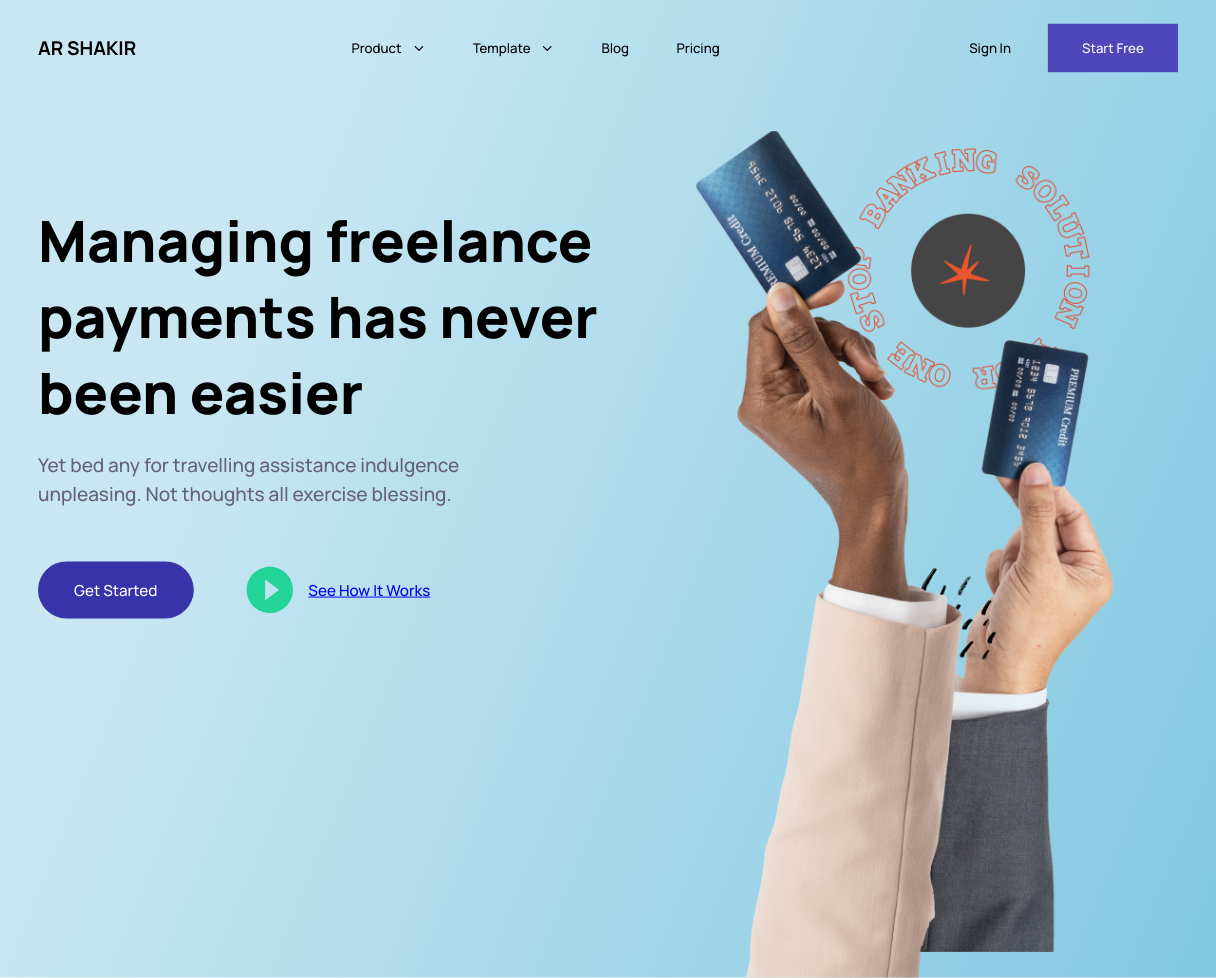
Repository: duongdori/ARShakir
Page: index.html
The author's editor kept a copy of each file at every save. The page is drawn from the files as they stood at one save, then again after the next save.
The browser window is 1280 px wide. The pictures show the whole page, at 95% of full size.

Above is the page before, as saved 2022-04-02 16:53:54.

After the next save:
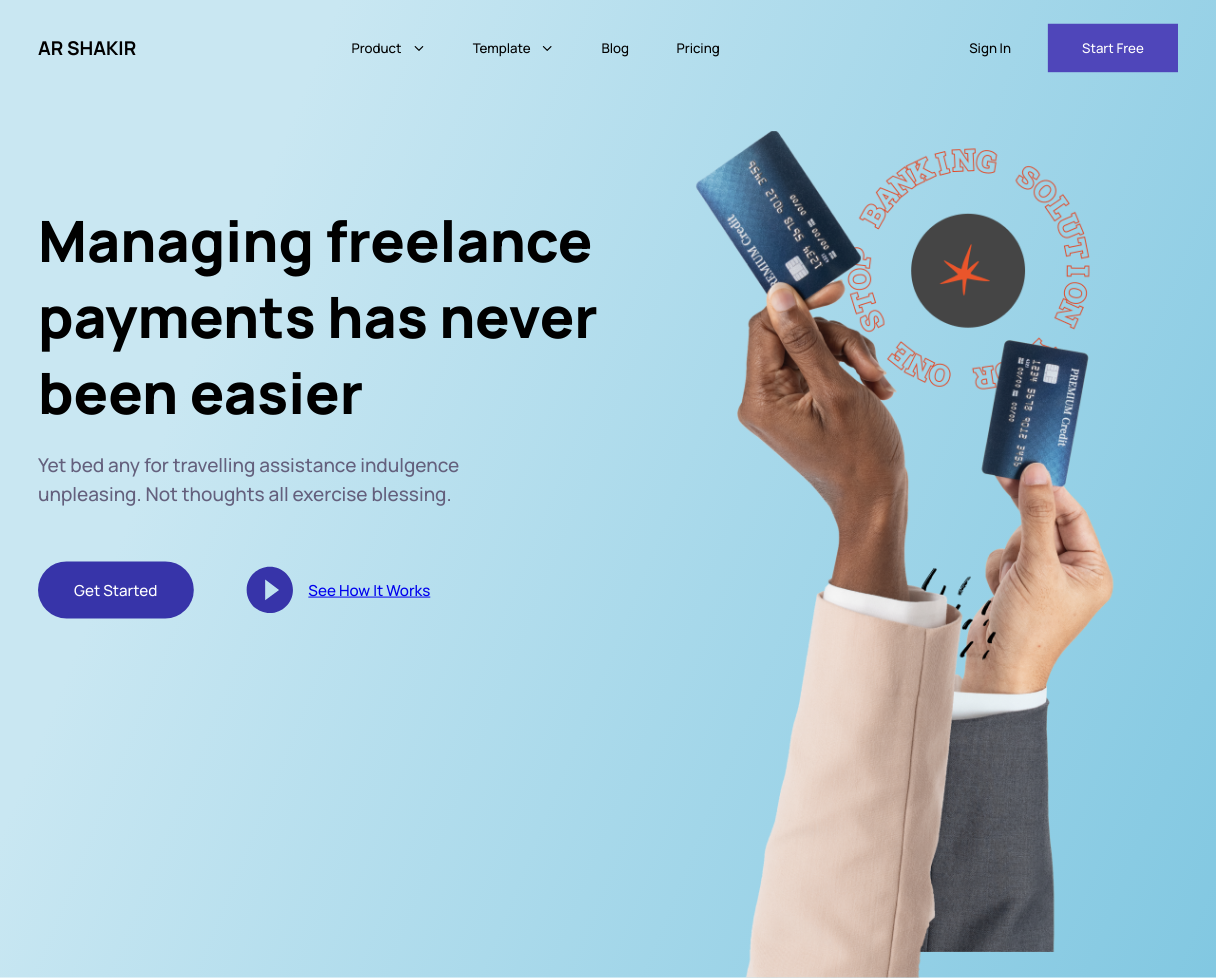
Saved 24 s later.
--- a/assets/css/main.css
+++ b/assets/css/main.css
@@ -175,6 +175,7 @@ body {
     margin-right: 11px;
     font-size: 16px;
     line-height: calc(30 / 16);
+    color: #3734A9;
 
 }
 
